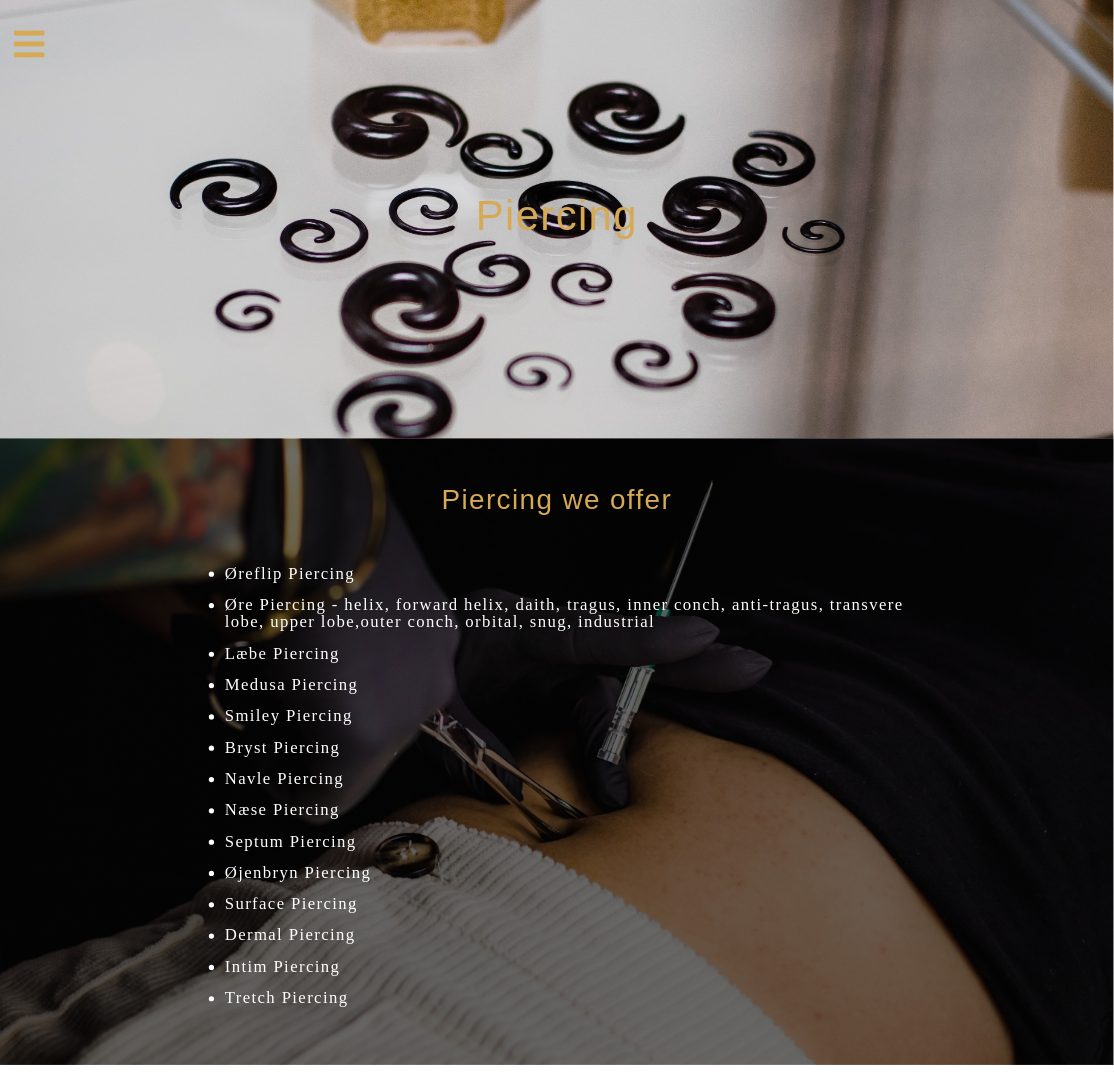
Repository: Spreceriany/TattooWeb
Page: piercing-en.html
The author's editor kept a copy of each file at every save. The page is drawn from the files as they stood at one save, then again after the next save.
The browser window is 1280 px wide. The pictures show the part of the page from y = 0 to 1236 px (the page is 3082 px tall), at 87% of full size.
A picture or video elsewhere on the page could not be fetched, so the positions and the page height are approximate. Some web fonts or font styles are not loaded; a fallback is used. Some web libraries are served in a nearby version.

Above is the page before, as saved 2020-04-09 17:59:01.
Console error: TypeError: Cannot read properties of null (reading 'addEventListener')

### piercing-en.html
<!DOCTYPE html>
<html>

<head>
  <meta charset='utf-8'>
  <meta http-equiv='X-UA-Compatible' content='IE=edge'>
  <title>Piercing - Manovistudio</title>
  <meta name='viewport' content='width=device-width, initial-scale=1'>
  <link rel='stylesheet' type='text/css' media='screen' href='css/main.css'>

  <link rel="stylesheet" href="https://stackpath.bootstrapcdn.com/bootstrap/4.4.1/css/bootstrap.min.css"
    integrity="sha384-Vkoo8x4CGsO3+Hhxv8T/Q5PaXtkKtu6ug5TOeNV6gBiFeWPGFN9MuhOf23Q9Ifjh" crossorigin="anonymous">

  <link rel="stylesheet" href="https://use.fontawesome.com/releases/v5.11.2/css/all.css">

  <link rel="stylesheet" href="css/mdb.min.css">

  <link rel="stylesheet" href="css/lightgallery.min.css">

  <link rel="stylesheet" href="css/swiper.css">

  <link rel="stylesheet" href="css/aos.css">

  <link rel="stylesheet" href="css/style.css">

  <link rel="icon" type="image/png" href="/images/favicon-32x32.png" sizes="32x32" />
  <link rel="icon" type="image/png" href="/images/favicon-16x16.png" sizes="16x16" />


</head>

<body>
  <div style="overflow-x:hidden; position:relative">

    <div class="wrapper-piercing">
      <button class="netflix-nav-btn netflix-open-btn">
        <i class="fas fa-bars fa-2x"></i>
      </button>

      <h1 class="gold site-section-heading2" data-aos="fade" data-aos-duration="2000">Piercing</h1>


      <div class="netflix-nav netflix-nav-black">
        <div class="netflix-nav netflix-nav-red">
          <div class="netflix-nav netflix-nav-white">

            <button class="netflix-nav-btn netflix-close-btn"><i class="fas fa-times"></i></button>

            <img class="netflix-logo" src="images/GOLD.png" alt="ManoviStudio Logo" />

            <ul class="netflix-list">
              <li><a href="index-en.php">Home</a></li>
              <li><a href="index-en.php#about">About</a></li>
              <li><a href="index-en.php#services">Services</a></li>
              <li>
                <ul>
                  <li><a href="tattoo-en.html">Tattoo</a></li>
                  <li><a href="beauty-en.html">Beauty</a></li>
                  <li><a href="piercing-en.html" class="gold">Piercing</a></li>

                </ul>
              </li>
              <li><a href="index-en.php#contact">Contact Us</a></li>
              <li>
                <a href="piercing.html">Danish</a><img src="/images//denmark.svg" alt="danish-flag" class="flag" />
              </li>

            </ul>
          </div>
        </div>
      </div>
    </div>

    <div class="container-fluid px-0 piercing-bg">
      <div class="row align-items-center h-100">
        <div class="offset-0 offset-md-2">

        </div>
        <div class="col-12 col-md-8">
          <div>
            <h2 class="text-center gold">Piercing we offer</h2>
          <ul class="text-left fa-ul pt-5 text-white">
            <li class="mb-3" data-aos="fade" data-aos-duration="1500"> Øreflip Piercing
            </li>
            <li class="mb-3" data-aos="fade" data-aos-duration="1500"> </i></span>Øre Piercing - helix, forward helix, daith, tragus, inner conch,
              anti-tragus, transvere lobe, upper lobe,outer conch, orbital,
              snug, industrial
            </li>
            <li class="mb-3" data-aos="fade" data-aos-duration="1500"> Læbe Piercing
            </li>
            <li class="mb-3" data-aos="fade" data-aos-duration="1500">Medusa  Piercing
            </li>
            <li class="mb-3" data-aos="fade" data-aos-duration="1500"> Smiley 	 Piercing
            </li>
            <li class="mb-3" data-aos="fade" data-aos-duration="1500"> Bryst  Piercing
            </li>
            <li class="mb-3" data-aos="fade" data-aos-duration="1500"> Navle   Piercing
            </li>
            <li class="mb-3" data-aos="fade" data-aos-duration="1500"> Næse   Piercing
            </li>

            <li class="mb-3" data-aos="fade" data-aos-duration="1500"> Septum      Piercing
            </li>

            <li class="mb-3" data-aos="fade" data-aos-duration="1500"> Øjenbryn	   Piercing
            </li>

            <li class="mb-3" data-aos="fade" data-aos-duration="1500"> Surface    Piercing
            </li>

            <li class="mb-3" data-aos="fade" data-aos-duration="1500"> Dermal   Piercing
            </li>

            <li class="mb-3" data-aos="fade" data-aos-duration="1500"> Intim    Piercing
            </li>

            <li class="mb-3" data-aos="fade" data-aos-duration="1500"> Tretch   Piercing
            </li>


          </ul>
          </div>

        </div>
        <div class="offset-0 offset-md-2">

        </div>
      </div>
    </div>



    <div class="container pt-4 mt-2" data-aos="fade">
      <div class="row text-center">
        <div class="col-12">
          <h2 class="text-dark site-section-heading text-center">Prices</h2>

        </div>
        <div class="col-12" >
          <img src="images/price-piercing.jpg" alt="price-list" class="pricing-picture">
        </div>
      </div>
    </div>
    <div class="site-wrap" data-aos="fade">





      <div class="site-section" data-aos="fade">
        <div class="container-fluid">

          <div class="row justify-content-center">

            <div class="col-md-7">
              <div class="row mb-5">
                <div class="col-12 ">
                  <h2 class="site-section-heading text-center">Gallery</h2>
                </div>
              </div>
            </div>

          </div>
          <div class="row gallery-container" id="lightgallery">
            <div class="col-sm-6 col-md-4 col-lg-4 col-xl-3 item img-gallery center-images-tattoo image-box"
              data-aos="fade" data-src="images/Piercing/Untitled-Artwork(1).jpg"
              data-sub-html="<h4>Fading Light</h4><p>Lorem ipsum dolor sit amet, consectetur adipisicing elit. Dolor doloremque hic excepturi fugit, sunt impedit fuga tempora, ad amet aliquid?</p>">
              <a href="#"><img src="images/Piercing/Untitled-Artwork(1).jpg" alt="IMage"
                  class="img-fluid img-resize2"></a>
            </div>
            <div class="col-sm-6 col-md-4 col-lg-4 col-xl-3 item img-gallery center-images-tattoo image-box"
              data-aos="fade" data-src="images/Piercing/Untitled-Artwork(2).jpg"
              data-sub-html="<h4>Fading Light</h4><p>Lorem ipsum dolor sit amet, consectetur adipisicing elit. Laboriosam omnis quaerat molestiae, praesentium. Ipsam, reiciendis. Aut molestiae animi earum laudantium.</p>">
              <a href="#"><img src="images/Piercing/Untitled-Artwork(2).jpg" alt="IMage"
                  class="img-fluid img-resize2"></a>
            </div>
            <div class="col-sm-6 col-md-4 col-lg-4 col-xl-3 item img-gallery  center-images-tattoo image-box"
              data-aos="fade" data-src="images/Piercing/Untitled-Artwork(3).jpg"
              data-sub-html="<h4>Fading Light</h4><p>Lorem ipsum dolor sit amet, consectetur adipisicing elit. Quidem reiciendis, dolorum illo temporibus culpa eaque dolore rerum quod voluptate doloribus.</p>">
              <a href="#"><img src="images/Piercing/Untitled-Artwork(3).jpg" alt="IMage"
                  class="img-fluid img-resize2"></a>
            </div>
            <div class="col-sm-6 col-md-4 col-lg-4 col-xl-3 item img-gallery  center-images-tattoo image-box"
              data-aos="fade" data-src="images//Piercing/Untitled-Artwork(4).jpg"
              data-sub-html="<h4>Fading Light</h4><p>Lorem ipsum dolor sit amet, consectetur adipisicing elit. Enim perferendis quae iusto omnis praesentium labore tempore eligendi quo corporis sapiente.</p>">
              <a href="#"><img src="images/Piercing/Untitled-Artwork(4).jpg" alt="IMage"
                  class="img-fluid img-resize2"></a>
            </div>
            <div class="col-sm-6 col-md-4 col-lg-4 col-xl-3 item img-gallery  center-images-tattoo image-box"
              data-aos="fade" data-src="images/Piercing/Untitled-Artwork(5).jpg"
              data-sub-html="<h4>Fading Light</h4><p>Lorem ipsum dolor sit amet, consectetur adipisicing elit. Saepe, voluptatum voluptate tempore aliquam, dolorem distinctio. In quas maiores tenetur sequi.</p>">
              <a href="#"><img src="images/Piercing/Untitled-Artwork(5).jpg" alt="IMage"
                  class="img-fluid img-resize2"></a>
            </div>
            <div class="col-sm-6 col-md-4 col-lg-4 col-xl-3 item img-gallery  center-images-tattoo image-box"
              data-aos="fade" data-src="images/Piercing/Untitled-Artwork(6).jpg"
              data-sub-html="<h4>Fading Light</h4><p>Lorem ipsum dolor sit amet, consectetur adipisicing elit. Saepe, voluptatum voluptate tempore aliquam, dolorem distinctio. In quas maiores tenetur sequi.</p>">
              <a href="#"><img src="images/Piercing/Untitled-Artwork(6).jpg" alt="IMage"
                  class="img-fluid img-resize2"></a>
            </div>






          </div>
        </div>
      </div>






    </div>


    <div class="container-fluid px-0">
      <!--- Footer -->
      <footer class="footer-bs">
        <div class="row">
          <div class="col-md-4 footer-brand animated fadeInLeft d-flex col-12">
            <img src="images/GOLD.png" alt=""
              class=" d-flex justify-content-center align-self-center logo-footer mx-auto" />
          </div>
          <div class="col-12 col-md-4 text-center justify-content-center align-content-center d-flex   ">
            <p class="align-self-center mb-sm-4 gray">All right reserved &copy;</p>
          </div>

          <div
            class="col-md-4 col-12 footer-social animated fadeInDown d-flex flex-column mx-auto text-center justify-content-center align-items-center  ">
            <h4 class="gray">Follow Us</h4>
            <ul class="text-center flex-row d-flex mx-1">
              <li>
                <a href="https://www.instagram.com/alex_manovi_tattoo/">
                  <i class="fab fa-instagram fa-2x mb-1 ikonka hvr-bob" aria-hidden="true"></i>
                </a>
              </li>
              <li>
                <a href="https://www.facebook.com/manovistudio/">
                  <i class="fab fa-facebook fa-2x ikonka hvr-bob" aria-hidden="true"></i>
                </a>
              </li>
            </ul>
          </div>

        </div>
      </footer>
    </div>
  </div>











  <!-- Optional JavaScript -->
  <!-- jQuery first, then Popper.js, then Bootstrap JS -->
  <script  src="js/jquery-3.3.1.min.js"></script>
  <script  src="js/swiper.min.js"></script>
  <script src="js/aos.js"></script>
  <script defer src="js/lightgallery-all.min.js"></script>
  <script src="js/main.js"></script>
  <script defer type="text/javascript" src="js/bootstrap.min.js"></script>
  <script src="js/js.js"></script>
  <script>
    $(document).ready(function () {
      $('#lightgallery').lightGallery();
    });
  </script>

</body>

</html>

Loaded but not shown: css/mdb.min.css (library); css/lightgallery.min.css (library); css/swiper.css (library); css/aos.css (library); js/jquery-3.3.1.min.js (library); js/swiper.min.js (library); js/aos.js (library); js/lightgallery-all.min.js (library); js/bootstrap.min.js (library); js/main.js (294 lines, source omitted); js/js.js (142 lines, source omitted); css/style.css (1190 lines, source omitted); css/main.css (1872 lines, source omitted)

After the next save:
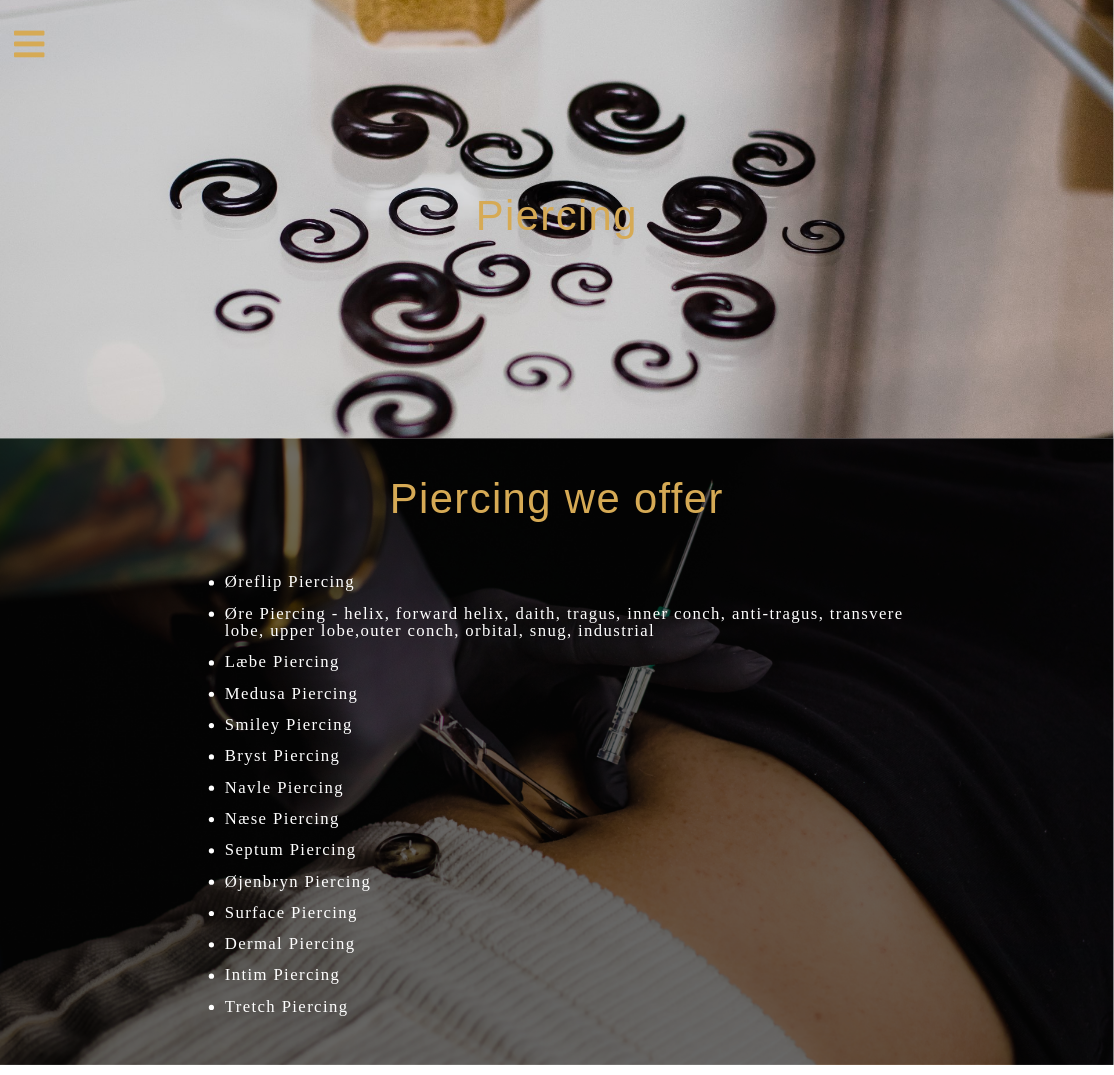
Saved 14 s later.
--- a/piercing-en.html
+++ b/piercing-en.html
@@ -78,7 +78,7 @@
         </div>
         <div class="col-12 col-md-8">
           <div>
-            <h2 class="text-center gold">Piercing we offer</h2>
+            <h2 class="text-center gold site-section-heading2">Piercing we offer</h2>
           <ul class="text-left fa-ul pt-5 text-white">
             <li class="mb-3" data-aos="fade" data-aos-duration="1500"> Øreflip Piercing
             </li>
